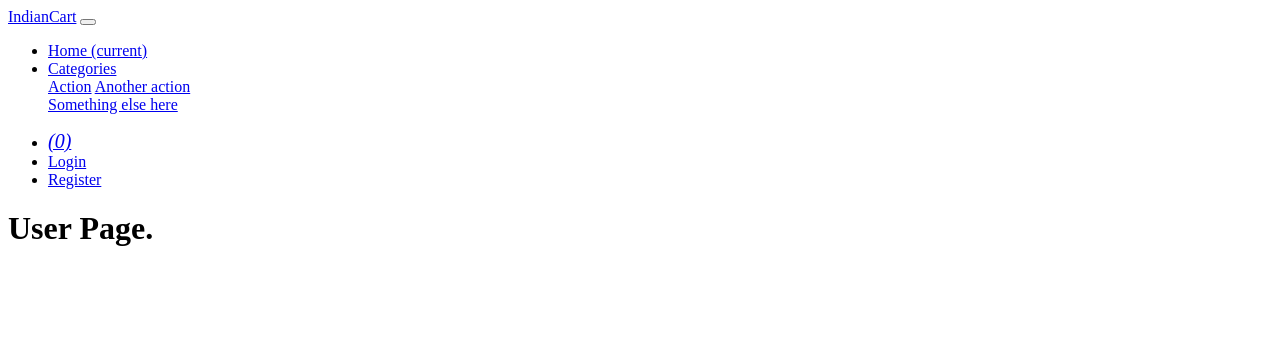
Repository: neerajchavan/E-Commerce-Project
Page: http://localhost/E-Commerce-Project/User.jsp
An editor plug-in stored every save of this project. The page is shown before and after a run of saves, followed by the edit.
The browser window is 1280 px wide. The pictures show the whole page.
The page is served by Tomcat 9.

Above is the page before, as saved 2020-10-22 04:09:20.

After the next 4 saves:
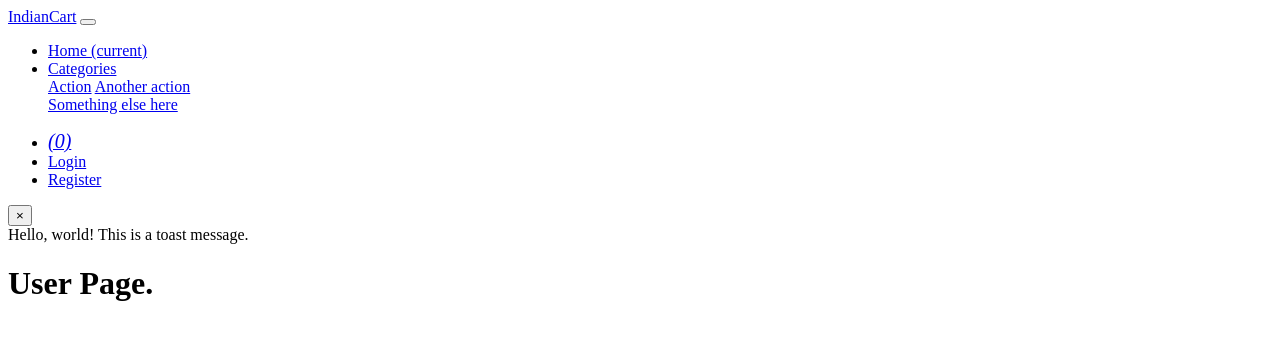
The 4 saves are shown as one change because 3 did not build or start.
The last was saved 2 min 49 s later.
--- a/E-Commerce-Project/WebContent/Components/navbar.jsp
+++ b/E-Commerce-Project/WebContent/Components/navbar.jsp
@@ -69,3 +69,5 @@
 		</div>
 	</div>
 </nav>
+
+<%@include file="Toast.jsp"%>
